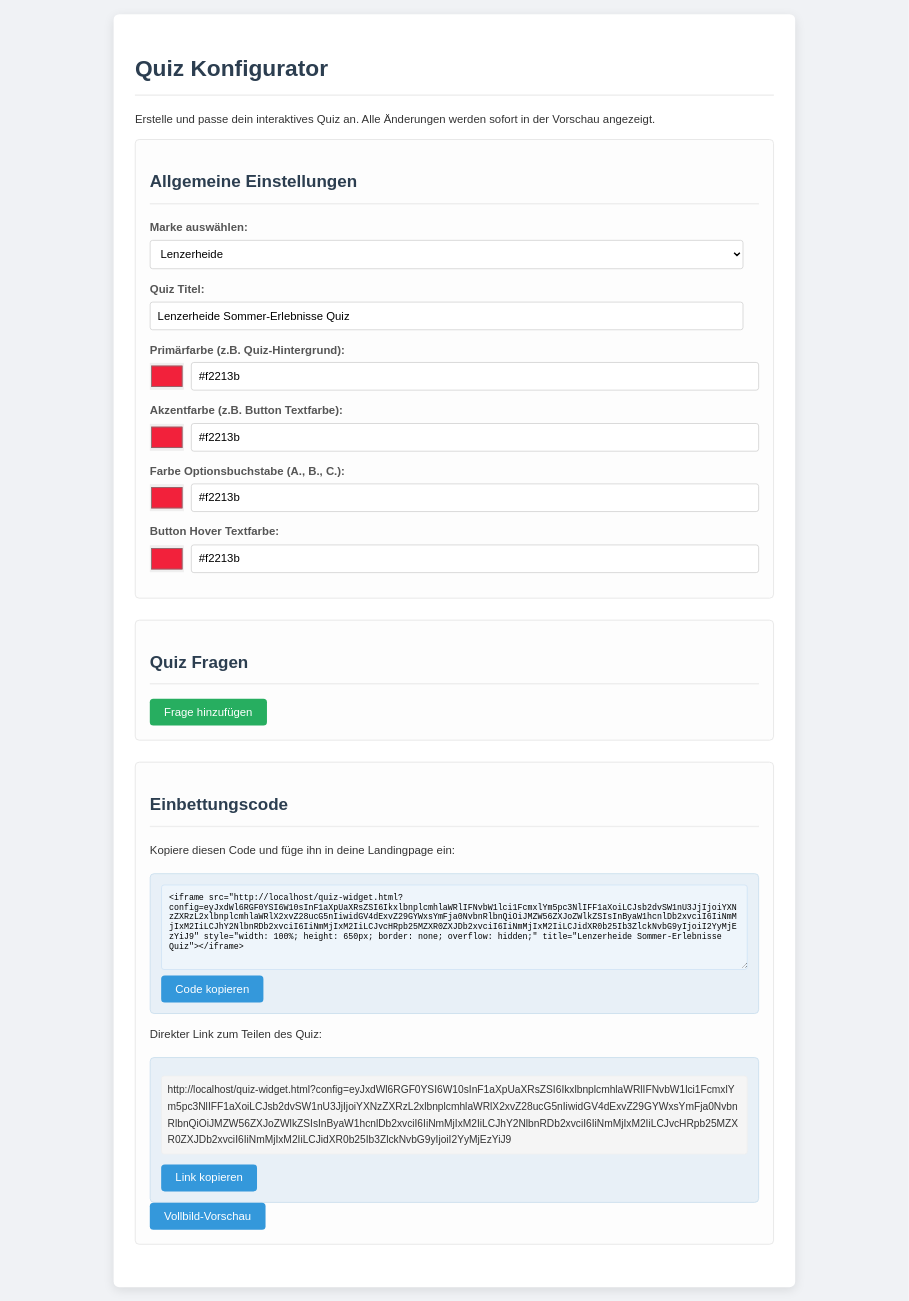
Repository: SandroGansner/LMS-Quiz-Builder
Page: quiz-editor.html
These files come from the project's save history. The page is drawn as it stood at one moment and after the next save; the edit follows.
The browser window is 1280 px wide. The pictures show the whole page, at 71% of full size.

Above is the page before, as saved 2025-06-04 13:06:20.
Console error: TypeError: Cannot read properties of null (reading 'addEventListener')

After the next save:
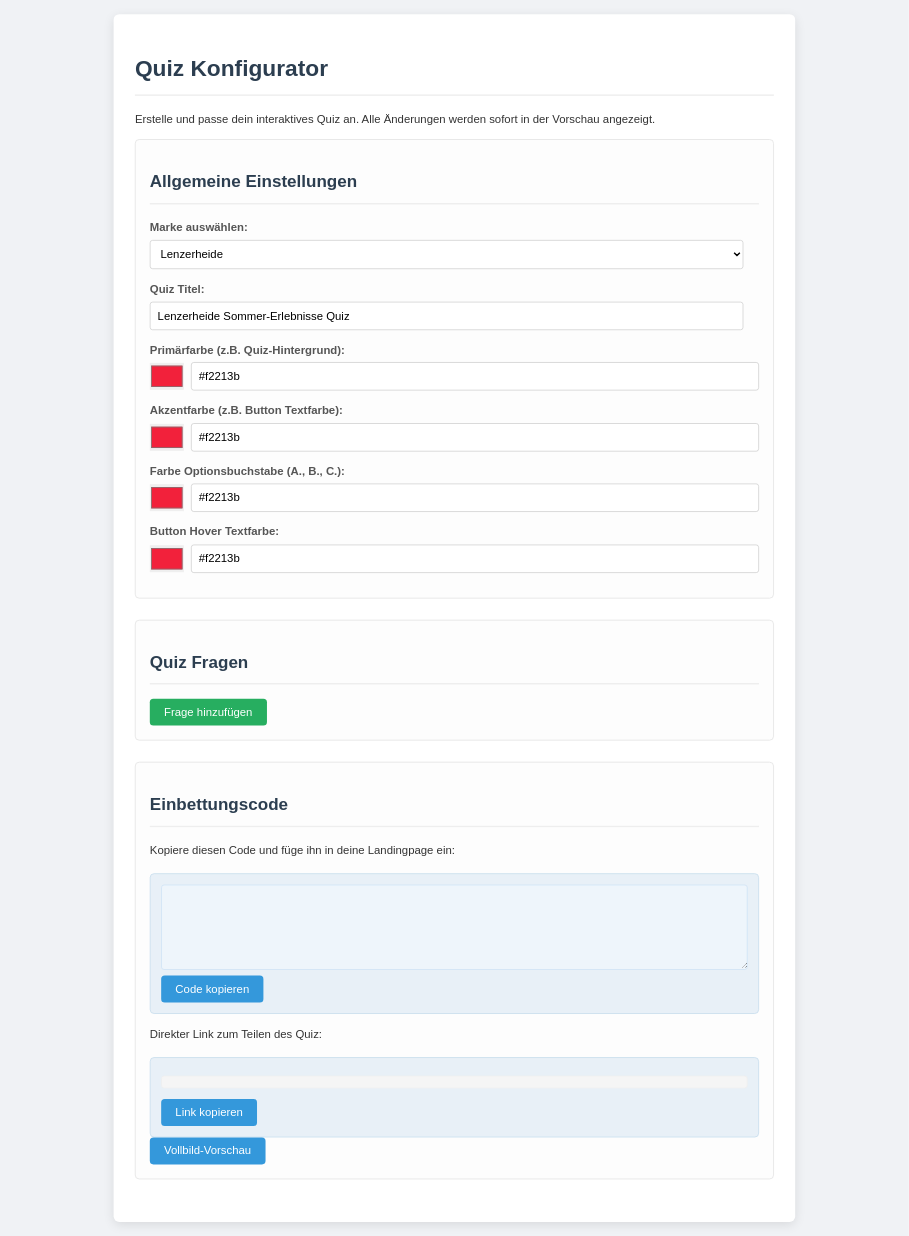
Console error: TypeError: Cannot set properties of null (setting 'src')
Saved 29 s later.
--- a/quiz-editor.html
+++ b/quiz-editor.html
@@ -546,22 +546,8 @@ function updateQuiz() {
     const quizUrl = generateQuizUrl(config);
     console.log('Generated quizUrl:', quizUrl);
 
-    // Create a new iframe to avoid caching issues
-    const newIframe = document.createElement('iframe');
-    newIframe.id = 'quiz-preview';
-    newIframe.src = quizUrl;
-    newIframe.style.width = '100%';
-    newIframe.style.height = '650px';
-    newIframe.style.border = 'none';
-    newIframe.style.overflow = 'hidden';
-    newIframe.title = config.quizTitle;
-
-    // Replace the old iframe with the new one once it loads
-    newIframe.onload = () => {
-        quizPreview.parentNode.replaceChild(newIframe, quizPreview);
-        // Update the global reference
-        quizPreview = newIframe;
-    };
+    // Update the iframe source
+    quizPreview.src = quizUrl;
 
     const embedCode = `<iframe src="${quizUrl}" style="width: 100%; height: 650px; border: none; overflow: hidden;" title="${config.quizTitle}"></iframe>`;
     embedCodeOutput.value = embedCode;
